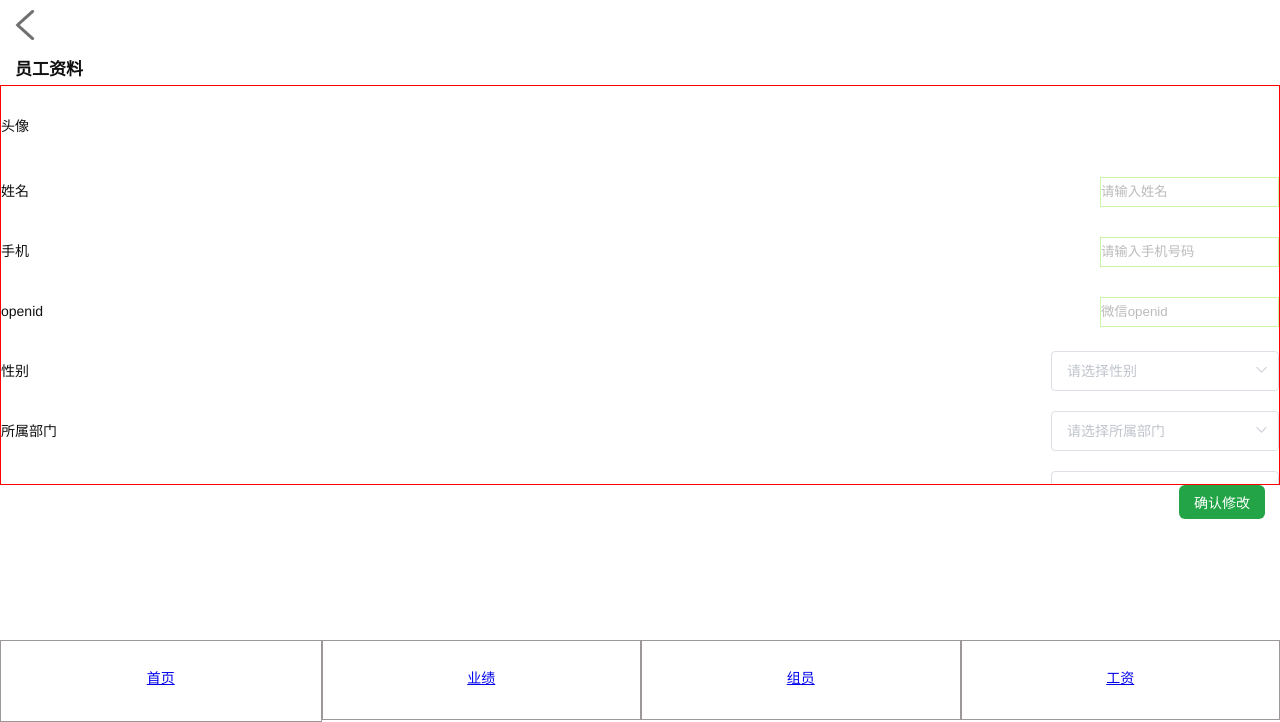
Repository: panlin520-team/lnmj-staffH5
Page: /#/homepage
The author's editor kept a copy of each file at every save. The page is drawn from the files as they stood at one save, then again after the next save.
The browser window is 1280 px wide. The pictures show the whole page.
An inner scrolling area shows only its first screen. The project was rebuilt for these pictures with package versions that can differ from the ones it lists, and the page was loaded fresh each time. Also part of the build but not shown: src/views/Lojin.vue.

Above is the page before, as saved 2020-04-08 15:25:05.

### src/main.js
import Vue from 'vue'
import App from './App.vue'
import router from './router'
import store from './store'
import ElementUI from 'element-ui'
import '@/assets/scss/reset.less'
import 'element-ui/lib/theme-chalk/index.css';
Vue.use(ElementUI)


Vue.config.productionTip = false

new Vue({
  router,
  store,
  render: h => h(App)
}).$mount('#app')

### src/App.vue
<template>
  <div id="app">
    <router-view />
  </div>
</template>
<script>
export default {
  data() {
    return {
    };
  },
  created() {},
  methods: {
  }
};
</script>
<style lang="less">
</style>

### src/router/index.js
import Vue from 'vue'
import VueRouter from 'vue-router'
import Lojin from '../views/Lojin.vue'

Vue.use(VueRouter)

const routes = [
  //首页登录
  {
    path: '/',
    name: 'Lojin',
    component: Lojin
  },
  //首页登录
  {
    path: '/Lojin',
    name: 'Lojin',
    component: Lojin
  },
  //用户注册
  {
    path: '/register',
    name: 'Register',
    component: () => import('../views/Register.vue')
  },
  //用户忘记密码
  {
    path: '/forgetpassword',
    name: 'Forgetpassword',
    component: () => import('../views/Forgetpassword.vue')
  },
  //登录首页
  {
    path: '/homepage',
    name: 'Homepage',
    component: () => import('../views/Homepage.vue')
  },
  //业绩
  {
    path: '/performance',
    name: 'Performance',
    component: () => import('../views/Performance.vue')
  },
  //组员
  {
    path: '/crew',
    name: 'Crew',
    component: () => import('../views/Crew.vue')
  },
  //工资
  {
    path: '/salary',
    name: 'Salary',
    component: () => import('../views/Salary.vue')
  },
]

const router = new VueRouter({
  routes
})

export default router

### src/assets/scss/reset.less
* {
  margin: 0;
  padding: 0;
}

div {
  box-sizing: border-box;
  -webkit-tap-highlight-color: rgba(0, 0, 0, 0);
  // -webkit-user-select: none;
}

img {
  border: 0;
}

ul,
ol {
  list-style: none;
}

textarea {
  // 禁止调节文本域尺寸
  resize: none;
  outline-style: none;
  -webkit-appearance: none;
}

input,
button {
  outline-style: none;
  box-sizing: border-box;
  border: none;
}

// 输入框提示文本颜色设置
input::-moz-focus-inner {
  border: 0;
}

input::-webkit-input-placeholder {
  /* WebKit browsers */
  color: #BBB;
}

input::-moz-placeholder {
  /* Mozilla Firefox 19+ */
  color: #BBB;
}

input:-ms-input-placeholder {
  /* Internet Explorer 10+ */
  color: #BBB;
}

html,
body {
  width: 100%;
  height: 100%;
}

body {
  background-color: #ffffff;
  font-family: "Helvetica Neue", Helvetica, "PingFang SC", "Hiragino Sans GB", "Microsoft YaHei", "微软雅黑", Arial, sans-serif;
  font-size: 14px;
  color: #101010;
}

#app {
  position: relative;
  width: 100%;
  height: 100%;
}

// 滚动条尺寸
div::-webkit-scrollbar {
  width: 10px;
  height: 10px;
}

// 滚动条内部方块
// div::-webkit-scrollbar-thumb {
//   border-radius: 10px;
//   box-shadow: inset 0 0 5px rgba(0, 0, 0, 0.2);
//   background: #52BD3A;
// }

// 滚动条轨道
// div::-webkit-scrollbar-track {
//   box-shadow: inset 0 0 5px rgba(0, 0, 0, 0.2);
//   border-radius: 10px;
//   background: rgba(0, 0, 0, 0.1);
// }

.topBand {
  width: 100%;
  height: 80px;
  background: #23A547;
  display: flex;
  position: fixed;
  top: 0;
  left: 0;
  z-index: 100;
}

.container {
  display: flex;
  background: #ffffff;
  padding-top: 80px;
  z-index: 99;
  height: 100%;

  .aside {
    width: 200px;
    min-width: 200px;
    overflow: hidden;
    white-space: nowrap;
    text-overflow: ellipsis;
    position: fixed;
    top: 80px;
    bottom: 0;
    left: 0;
  }

  .main {
    flex: 1;

    &.active {
      padding-left: 200px;
    }
  }
}

.footer {
  height: 80px;
  background: #23A547;
}

.scrollX {
  overflow-x: auto;
  overflow-y: hidden;
}

.scrollY {
  overflow-x: hidden;
  overflow-y: auto;
}

.popPage {
  position: fixed;
  top: 0;
  left: 0;
  width: 100%;
  height: 100%;
  padding: 20px;
  z-index: 100;
  background-color: #ffffff;
}

.nowrap {
  overflow: hidden;
  white-space: nowrap;
  text-overflow: ellipsis;
}

.btn-pointer {
  cursor: pointer;
}

### src/views/Homepage.vue
 <!--登录首页-->
<template>
  <div class="homepage">
    <div class="imgs" @click="returnLojin">
      <img src="../assets/images/icon-left.png" alt />
    </div>
    <!-- 中间 -->
    <div class="content">
      <div class="top" slot="top">
        <div class="title">员工资料</div>
      </div>
      <div class="main" slot="main">
        <div class="items scrollY">
          <!-- 头像上传 -->
          <div class="item">
            <label class="label-left" style="line-height: 60px;">头像</label>
            <div class="value">

            </div>
          </div>
          <div class="item">
            <label class="label-left">姓名</label>
            <div class="value">
              <input
                type="text"
                placeholder="请输入姓名"
                v-model="employeesDetails.name"
                class="input-value"
              />
            </div>
          </div>
          <div class="item">
            <label class="label-left">手机</label>
            <div class="value">
              <input
                type="text"
                placeholder="请输入手机号码"
                v-model="employeesDetails.mobile"
                class="input-value"
              />
            </div>
          </div>
          <div class="item">
            <label class="label-left">openid</label>
            <div class="value">
              <input
                type="text"
                placeholder="微信openid"
                v-model="employeesDetails.openid"
                class="input-value"
              />
            </div>
          </div>
          <div class="item">
            <label class="label-left">性别</label>
            <div class="value">
              <el-select v-model="employeesDetails.gender" placeholder="请选择性别">
                <el-option
                  v-for="item in genders"
                  :key="item.value"
                  :label="item.name"
                  :value="item.value"
                ></el-option>
              </el-select>
            </div>
          </div>
          <!-- <div class="item">
                <label class="label-left">所属分组</label>
                <div class="value">
                  <el-select v-model="employeesDetails.groupId" placeholder="请选择分组">
                    <el-option
                      v-for="item in groups"
                      :key="item.groupId"
                      :label="item.name"
                      :value="item.groupId"
                    ></el-option>
                  </el-select>
                </div>
          </div>-->
          <div class="item">
            <label class="label-left">所属部门</label>
            <div class="value">
              <el-select v-model="part_department" @change="changedepartment" placeholder="请选择所属部门">
                <el-option
                  v-for="item in part_partment"
                  :key="item.id"
                  :label="item.name"
                  :value="item.id"
                ></el-option>
              </el-select>
            </div>
          </div>
          <div class="item">
            <label class="label-left">职务</label>
            <div class="value">
              <el-select v-model="employeepostName" @change="changedeptails" placeholder="请选择职务">
                <el-option
                  v-for="item in postNames"
                  :key="item.postId"
                  :label="item.name"
                  :value="item.postId"
                ></el-option>
              </el-select>
            </div>
          </div>
          <div class="item">
            <label class="label-left">兼职职务</label>
            <div class="value">
              <el-select v-model="part_timeJobe" @change="changejobe" placeholder="请选择兼职职务">
                <el-option
                  v-for="item in part_timeNames"
                  :key="item.postId"
                  :label="item.name"
                  :value="item.postId"
                ></el-option>
              </el-select>
            </div>
          </div>

          <div class="item">
            <label class="label-left">是否兼职</label>
            <div class="value">
              <el-select v-model="part_trueJobe" @change="changetrueJobe" placeholder="请确认是否兼职">
                <el-option
                  v-for="item in part_trueNames"
                  :key="item.postId"
                  :label="item.name"
                  :value="item.postId"
                ></el-option>
              </el-select>
            </div>
          </div>
          <div class="item">
            <label class="label-left">计算底薪</label>
            <div class="value">
              <el-select v-model="isBasicSalarer" @change="changeSalary" placeholder="是否计算底薪">
                <el-option
                  v-for="item in isBasicSalary"
                  :key="item.value"
                  :label="item.label"
                  :value="item.value"
                ></el-option>
              </el-select>
            </div>
          </div>
          <!-- <div class="item">
            <label class="label-left">级别</label>
            <div class="value">
              <el-select v-model="employeesDetails.postLevel" placeholder="请选择级别">
                <el-option
                  v-for="item in levels"
                  :key="item.postLevelId"
                  :label="item.postLevelName"
                  :value="item.postLevelId"
                ></el-option>
              </el-select>
            </div>
          </div>-->
          <div class="item">
            <label class="label-left">入职时间</label>
            <div class="value">
              <el-date-picker
                v-model="employeesDetails.entryTime"
                :editable="false"
                :clearable="false"
                align="center"
                type="date"
                format="yyyy-MM-dd"
                value-format="yyyy-MM-dd"
                placeholder="选择入职时间"
                class="setEmpDatePicker"
              ></el-date-picker>
            </div>
          </div>
          <div class="item">
            <label class="label-left">目前状态</label>
            <div class="value">
              <el-select v-model="workingState" @change="changezhtai" placeholder="请选择员工目前状态">
                <el-option
                  v-for="item in workingStates"
                  :key="item.state"
                  :label="item.name"
                  :value="item.state"
                ></el-option>
              </el-select>
            </div>
          </div>
        </div>
      </div>
      <div class="bottom" slot="bottom">
        <div class="btn-save btn-pointer" @click="newEmployees">确认修改</div>
      </div>
    </div>
    <!-- 底部导航 -->
    <div class="switchoverBtn">
      <Btnnavigation></Btnnavigation>
    </div>
  </div>
</template>


<script>
//引入模块
import Btnnavigation from "@/components/Btnnavigation.vue";

export default {
  name: "homepage",
  components: { Btnnavigation },
  data() {
    return {
      //员工信息
      employeesDetails: {
        name: "",
        mobile: "",
        openid: "",
        gender: "",
        entryTime: "",
      },
      //部门
      part_department: "",
      part_partment: [],
      //职务
      employeepostName: "",
      postNames: [],
      //兼职职务
      part_timeJobe: "",
      part_timeNames: [],
      //是否兼职
      part_trueJobe: "",
      part_trueNames: [
        {
          postId: 1,
          name: "是"
        },
        {
          postId: 0,
          name: "否"
        }
      ],
      //是否计算底薪
      isBasicSalarer: "",
      isBasicSalary: [
        {
          value: 0,
          label: "否"
        },
        {
          value: 1,
          label: "是"
        }
      ],
      //目前状态
      workingState: "",
      workingStates: [
        {
          state: 1,
          name: "在职"
        },
        {
          state: 0,
          name: "离职"
        }
      ],
      //性别
      genders: [
        {
          value: 0,
          name: "女"
        },
        {
          value: 1,
          name: "男"
        }
      ]
    };
  },
  created() {},
  methods: {
    //返回登录页面
    returnLojin() {
      const _this = this;
      _this.$router.replace("/Lojin");
    },
    //修改
    newEmployees() {},
    //修改部门
    changedepartment() {},
    //修改职务
    changedeptails() {},
    //修改兼职职务
    changejobe() {},
    //是否兼职
    changetrueJobe() {},
    //是否计算底薪
    changeSalary() {},
    //目前状态
    changezhtai(){

    },
  }
};
</script>

<style lang="less" scoped>
.homepage {
  width: 100%;
  height: 100%;
  position: relative;
  .imgs {
    width: 50px;
    height: 50px;
    padding: 10px;
    img {
      width: 100%;
      height: 100%;
    }
  }
  .content {
    .top {
      padding: 5px 15px;
    }
    .title {
      font-size: 17px;
      font-weight: 700;
    }
    .main{
        max-height: 400px;
        border: 1px solid red;
        overflow: auto;
        .item{
            display: flex;
            justify-content: space-between;
            padding-top: 10px;
            line-height: 50px;
            .input-value{
                border: 1px solid rgb(202, 247, 165);
                height: 30px;
            }
        }
    }

    .bottom {
      text-align: right;
      .btn-save {
        padding: 7px 15px;
        font-size: 14px;
        margin-right: 15px;
        border-radius: 6px;
        color: #ffffff;
        background-color: #23a547;
        text-align: center;
        display: inline-block;
      }
      .iconfont {
        font-size: 25px;
      }
      .btn-del {
        padding: 7px 15px;
        font-size: 14px;
        margin-right: 15px;
        border-radius: 6px;
        color: #ffffff;
        background: #e6a23c;
        text-align: center;
        display: inline-block;
      }
    }
  }
  .switchoverBtn {
    position: absolute;
    bottom: 0;
    width: 100%;
    height: 80px;
    z-index: 999;
  }
}
</style>

### src/components/Btnnavigation.vue
 <!--底部导航-->
<template>
  <div class="btnnavigation">
    <!-- <div class="somenavigation">
      <div class="navitnew">
      <router-link to="/homepage">首页</router-link>
      </div>
    </div>-->
    <router-link class="somenavigation" to="/homepage">
      <div class="navitnew">首页</div>
    </router-link>

    <div class="somenavigation">
      <div class="navitnew">
        <router-link to="/Performance">业绩</router-link>
      </div>
    </div>
    <div class="somenavigation">
      <div class="navitnew">
        <router-link to="/crew">组员</router-link>
      </div>
    </div>
    <div class="somenavigation">
      <div class="navitnew">
        <router-link to="/salary">工资</router-link>
      </div>
    </div>
  </div>
</template>

<script>
export default {
  name: "btnnavigation",
  components: {},
  data() {
    return {};
  },
  created() {},
  methods: {}
};
</script>

<style lang="less" scoped>
.btnnavigation {
  width: 100%;
  height: 100%;
  display: flex;
  .somenavigation {
    width: 25%;
    height: 100%;
    border: 1px solid rgb(156, 152, 152);
    .navitnew {
      text-align: center;
      line-height: 75px;
    }
  }
}
</style>

Loaded but not shown: public/index.html (common file); src/store/index.js (common file)

After the next save:
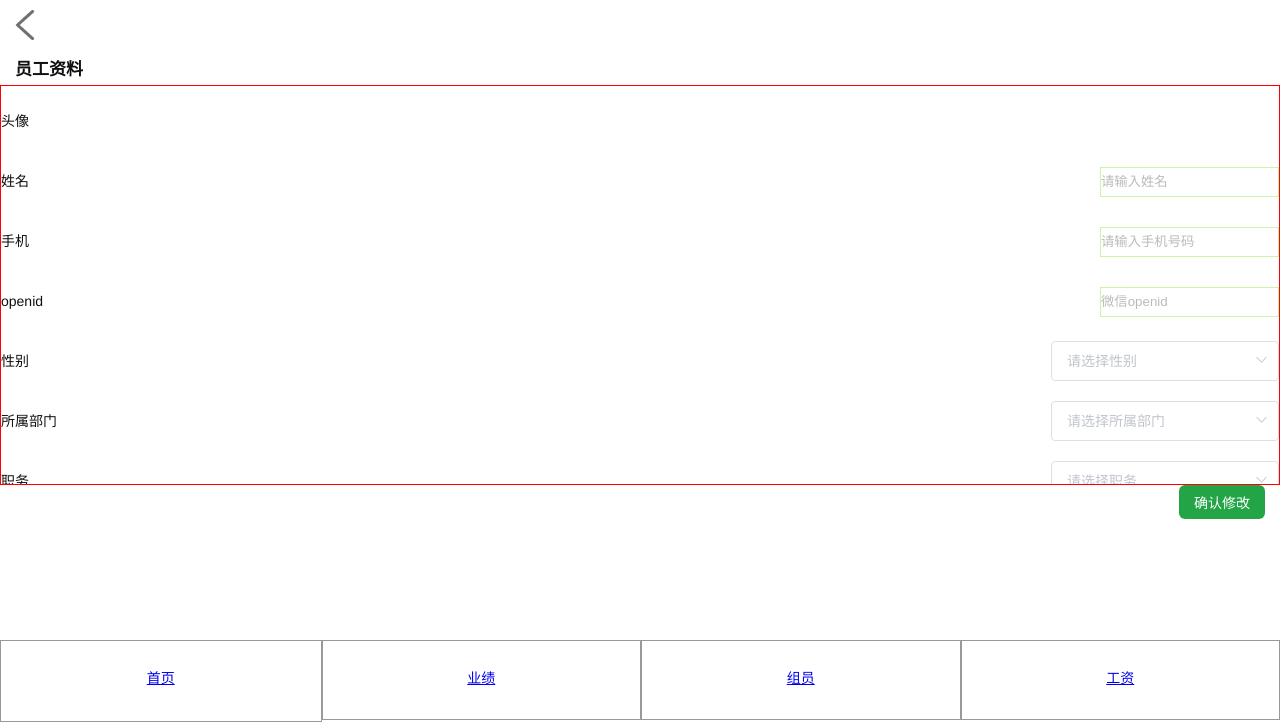
Saved 82 s later.
--- a/src/views/Homepage.vue
+++ b/src/views/Homepage.vue
@@ -13,7 +13,7 @@
         <div class="items scrollY">
           <!-- 头像上传 -->
           <div class="item">
-            <label class="label-left" style="line-height: 60px;">头像</label>
+            <label class="label-left" style="line-height: 50px;">头像</label>
             <div class="value">
 
             </div>
